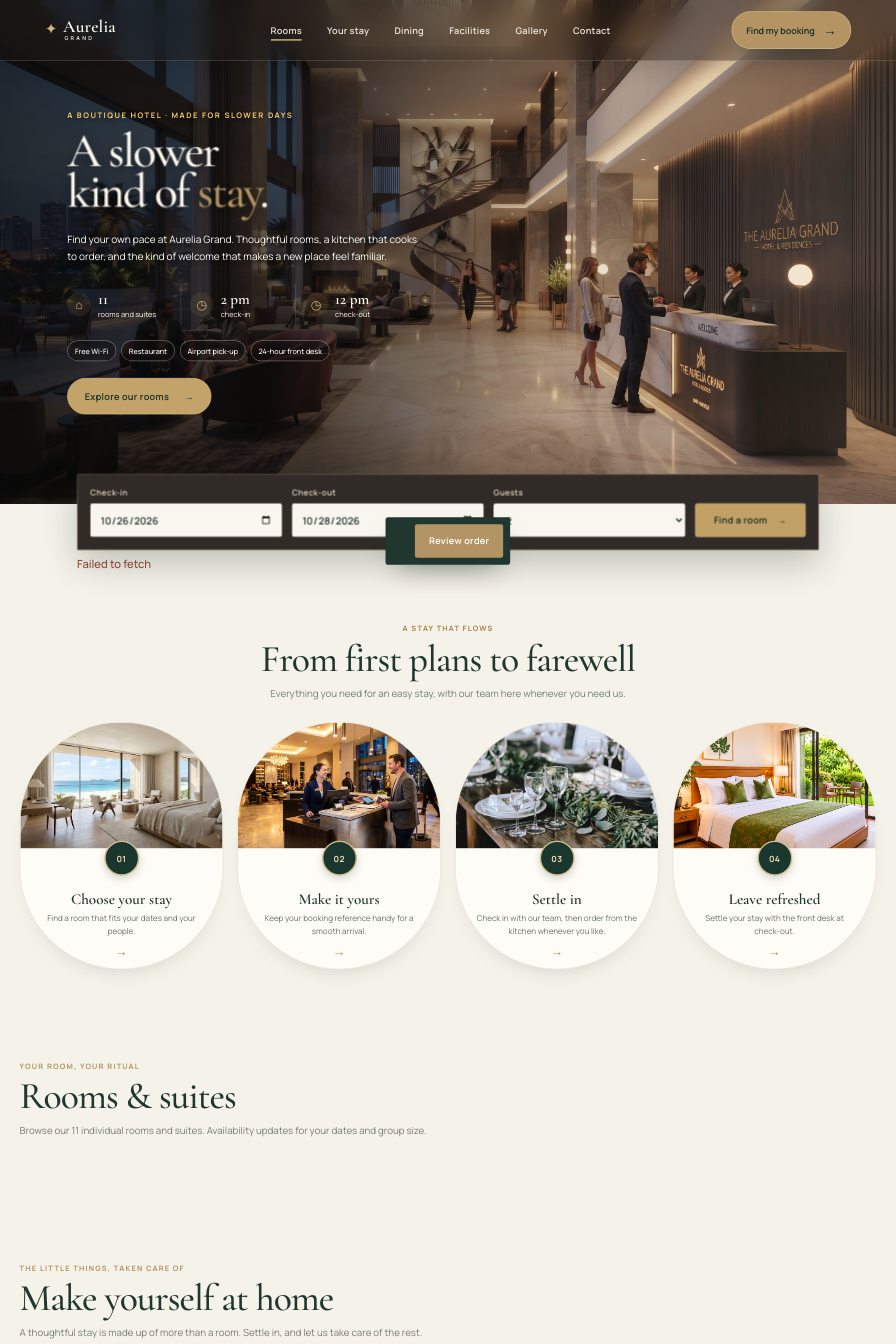
Repository: Deneththri/Hotel-System
Page: public/index.html
An editor plug-in stored every save of this project. The page is shown before and after a run of saves, followed by the edit.
The browser window is 1280 px wide. The pictures show the part of the page from y = 0 to 1920 px (the page is 3882 px tall), at 70% of full size.
The page's requests for data from a server got no answer.

Above is the page before, as saved 2026-11-08 17:16:40.

After the next 2 saves:
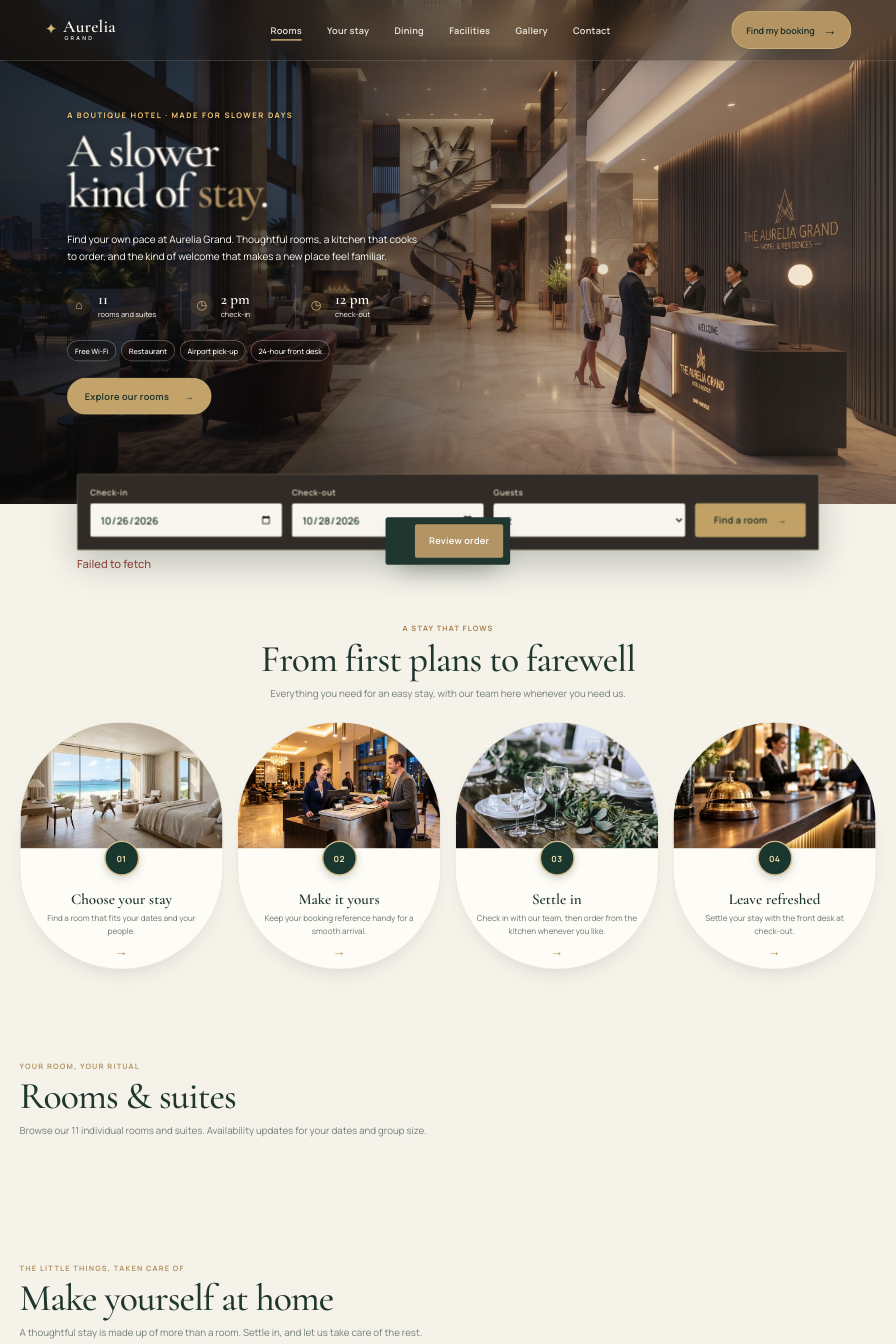
The 2 saves are shown as one change because they came seconds apart.
The last was saved 10 min 31 s later.
--- a/public/index.html
+++ b/public/index.html
@@ -113,7 +113,7 @@
           </div>
         </li>
         <li class="journey-step" data-reveal>
-          <div class="journey-photo"><img src="images/garden.png" alt=""></div>
+          <div class="journey-photo"><img src="images/fourth.jpg" alt=""></div>
           <span class="journey-number" aria-hidden="true">04</span>
           <div class="journey-copy">
             <h3>Leave refreshed</h3>
